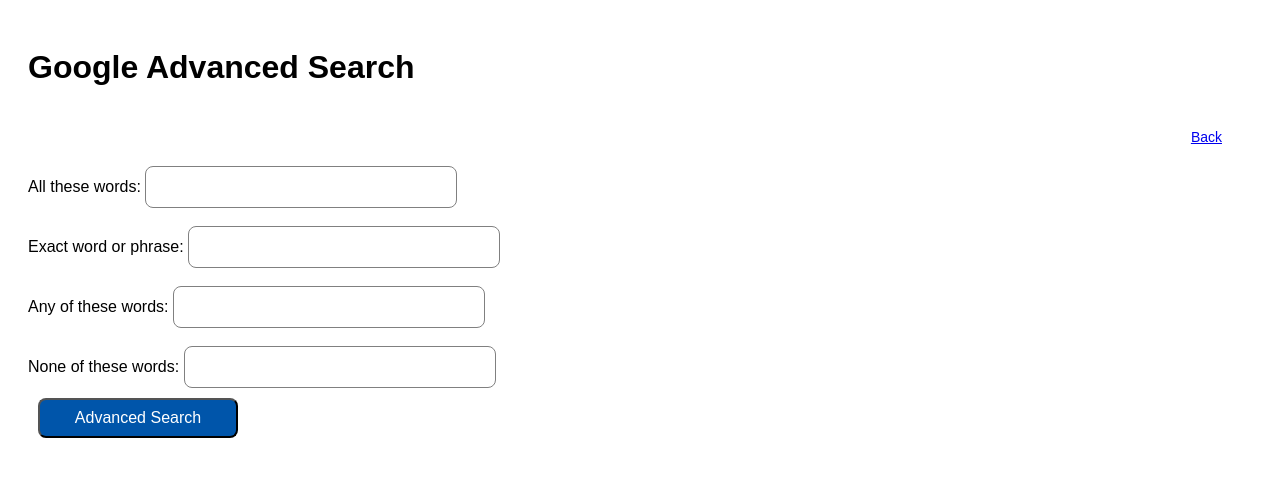
Repository: lyutok/cs50-search-project
Page: advanced.html
These files come from the project's save history. The page is drawn as it stood at one moment and after the next save; the edit follows.
The browser window is 1280 px wide. The pictures show the whole page.
The style sheet was rebuilt from its Sass, Less or Tailwind sources for each picture, by a compiler version that may differ from the author's.

Above is the page before, as saved 2025-07-07 13:45:17.

### advanced.html
<!DOCTYPE html>
<html lang="en">
<head>
    <meta name="viewport" content="width=device-width, initial-scale=1.0" charset="UTF-8">
    <title>Advanced Search</title>
    <link rel="stylesheet" href="styles.css">
    </head>
<body id="advanced_page">
    <h1>Google Advanced Search</h1>
    <div>
        <a href="google.html">Back</a>
    </div>
    <form action="https://www.google.com/search">
        <label for="all-words">All these words:</label>
        <input type="text" id="all-words" name="as_q">
        <br><br>
        <label for="exact-word">Exact word or phrase:</label>
        <input type="text" id="exact-word" name="as_epq">
        <br><br>
        <label for="any-word">Any of these words:</label>
        <input type="text" id="any-word" name="as_oq">
        <br><br>
        <label for="none-words">None of these words:</label>
        <input type="text" id="none-words" name="as_eq">

        <br>
        <button id="advanced" type="submit">Advanced Search</button>
    </form>
</body>
</html>

### styles.scss
$color: rgb(48, 177, 106);

a {
    font-size: 14px;
    padding: 10px;
}

body {
    font-family: Arial, sans-serif;
    padding: 20px;
    text-align: center;

    div {
        text-align: right;
        padding: 20px;
    }
}

input {
    width: 300px;
    height: 30px;
    border-radius: 8px;
    border: 1px solid grey;
    padding: 5px;
    font-size: 16px;
}

button {
    margin: 10px;
    border-radius: 8px;
    background-color: rgb(45, 128, 0);
    font-size: 16px;
    color: white;
    height: 40px;
    width: 100px;
}

#advanced {
  background-color: rgb(0, 85, 170);
  width: 200px;
}

button:hover {
                background-color: rgb(192, 196, 186);
            }

#advanced_page {
    text-align: left;
}

After the next save:
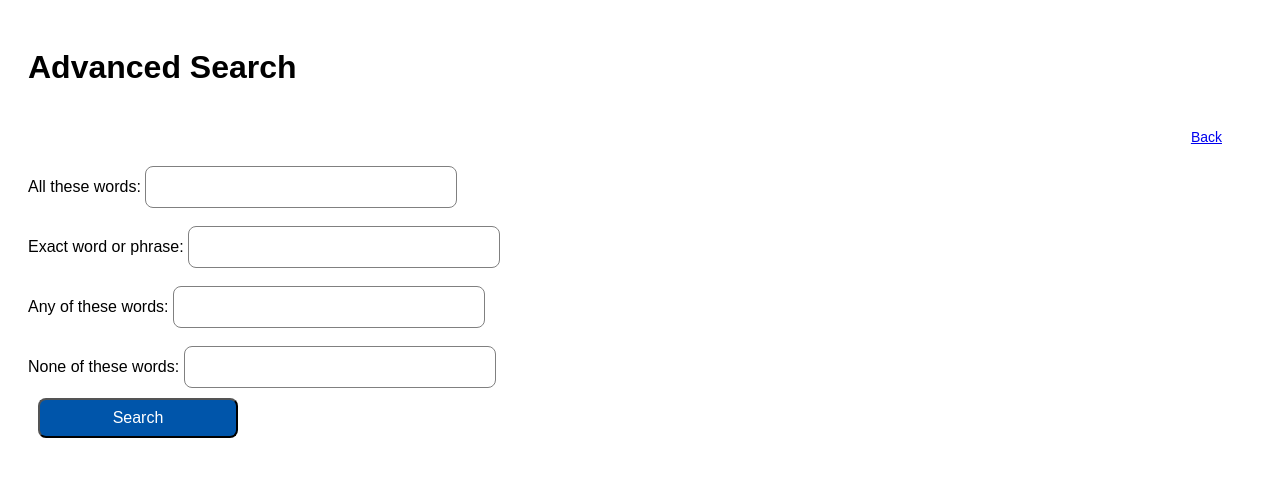
Saved 31 s later.
--- a/advanced.html
+++ b/advanced.html
@@ -6,7 +6,7 @@
     <link rel="stylesheet" href="styles.css">
     </head>
 <body id="advanced_page">
-    <h1>Google Advanced Search</h1>
+    <h1>Advanced Search</h1>
     <div>
         <a href="google.html">Back</a>
     </div>
@@ -24,7 +24,7 @@
         <input type="text" id="none-words" name="as_eq">
 
         <br>
-        <button id="advanced" type="submit">Advanced Search</button>
+        <button id="advanced" type="submit">Search</button>
     </form>
 </body>
 </html>
